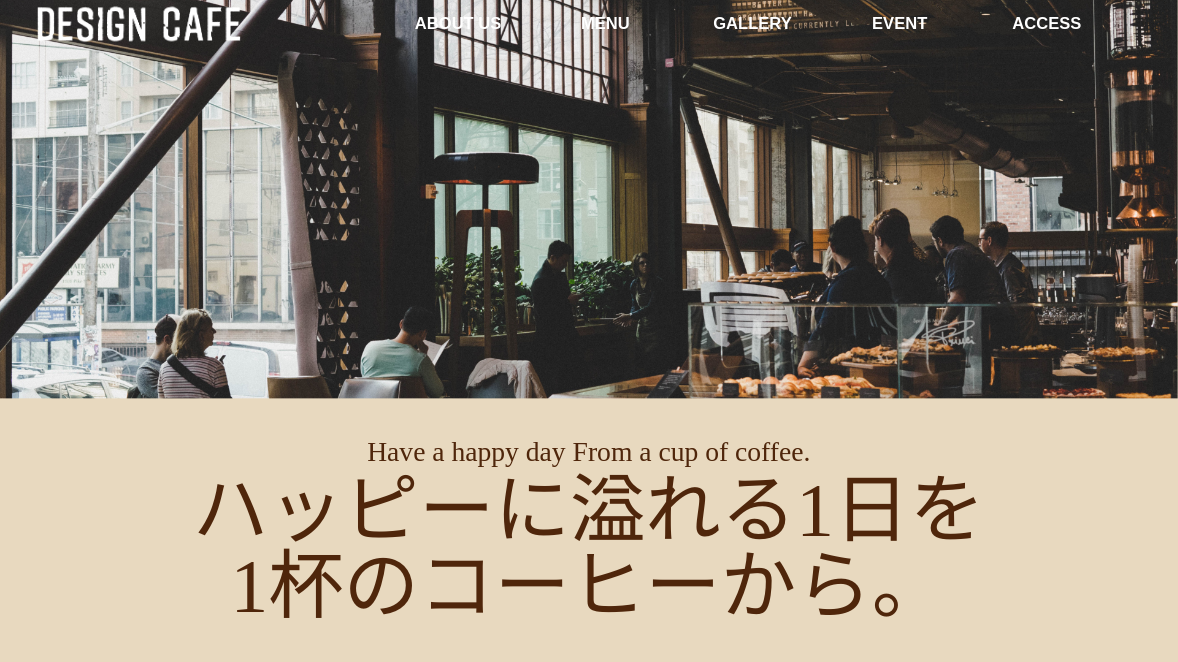
Repository: sonoyama01/dezasuta
Page: 第4回課題/index.html
These files come from the project's save history. The page is drawn as it stood at one moment and after the next save; the edit follows.
The browser window is 1280 px wide. The pictures show the whole page, at 92% of full size.

Above is the page before, as saved 2024-05-02 01:49:22.

After the next save:
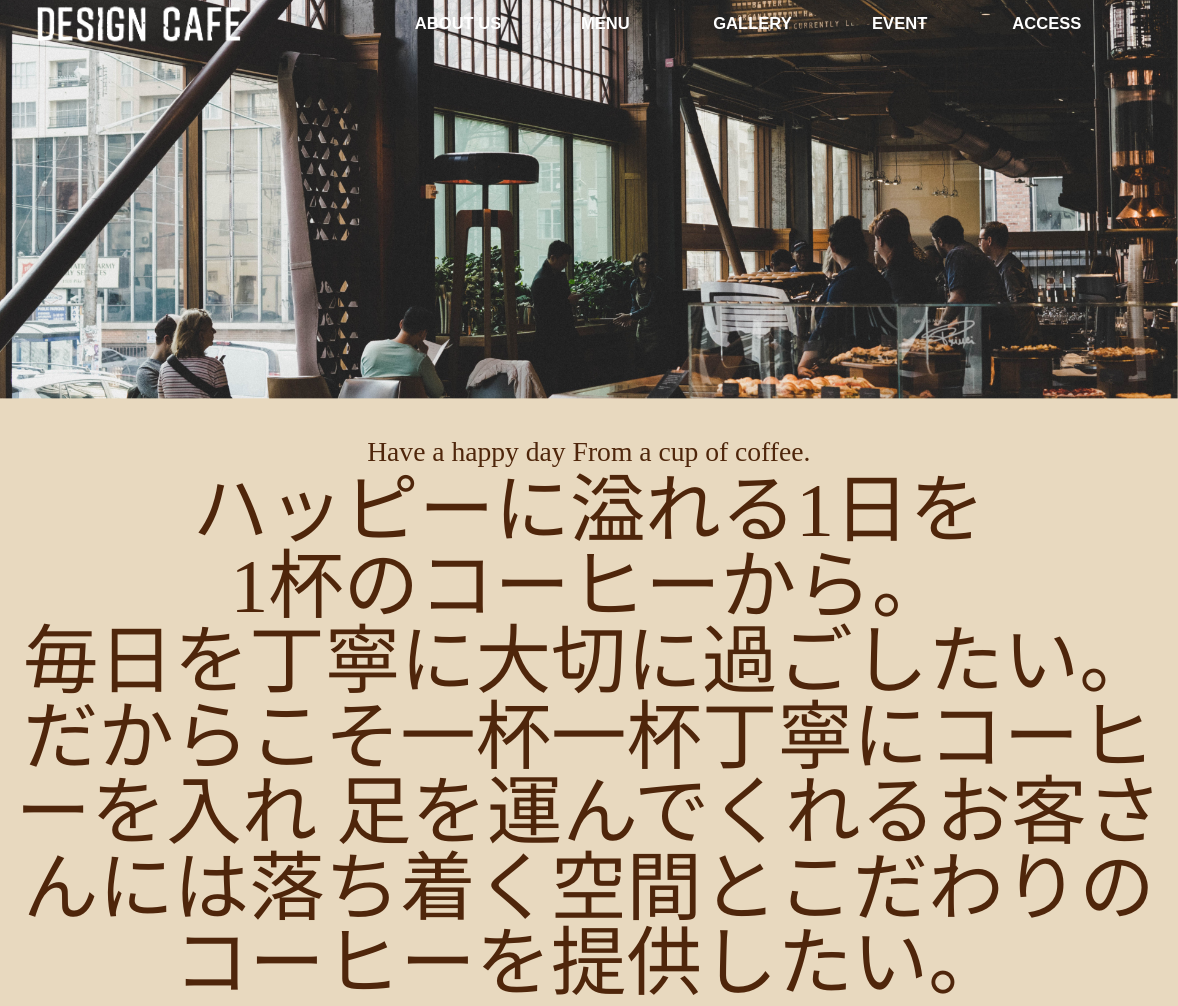
Saved 78 s later.
--- a/第4回課題/index.html
+++ b/第4回課題/index.html
@@ -34,6 +34,8 @@
         <p class="catch_copy"><span class="en">Have a happy day From a cup of coffee.</span><br>
             ハッピーに溢れる1日を<br>
             1杯のコーヒーから。</p><!-- /.catch_copy -->
+        <p>毎日を丁寧に大切に過ごしたい。だからこそ一杯一杯丁寧にコーヒーを入れ
+            足を運んでくれるお客さんには落ち着く空間とこだわりのコーヒーを提供したい。</p>
     </div><!-- /.catch_copy -->
 
 
